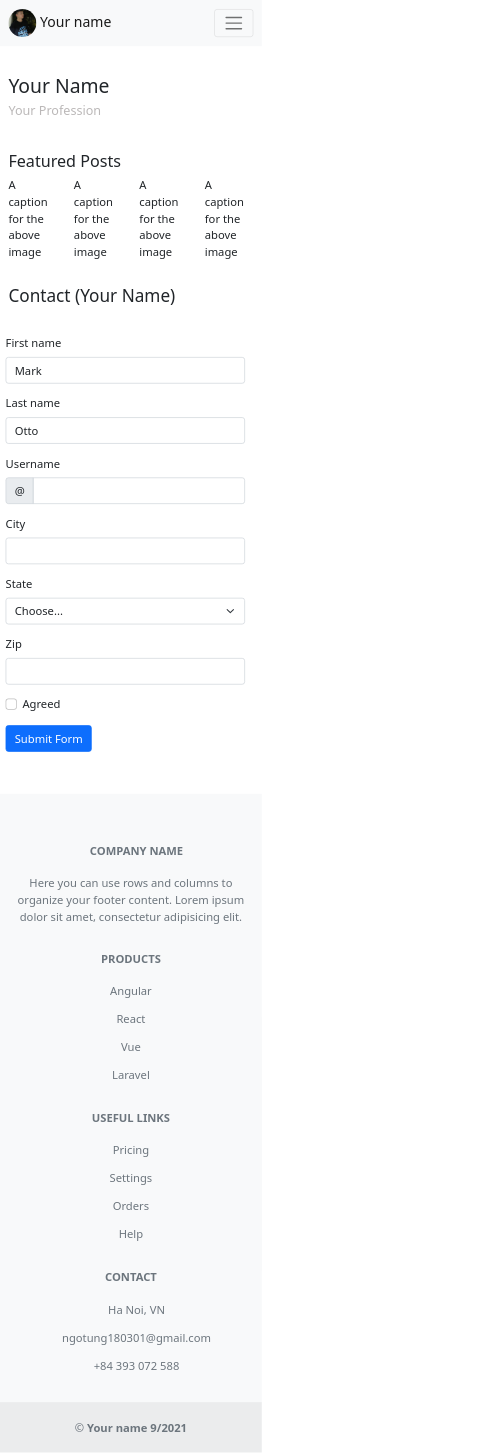
Repository: nvt01/72_1951061106_NgoVanTung
Page: BaiTh1/index.html
An editor plug-in stored every save of this project. The page is shown before and after the next save, followed by the edit.
The browser window is 374 px wide. The page is 374 px wide, then 702 px, so the pictures cover 702 px, including what lies to the right of the window. The pictures show the part of the page from y = 0 to 2240 px (the page is 2075 px tall before and 3788 px after), at 70% of full size.

Above is the page before, as saved 2021-12-01 11:10:01.

### BaiTh1/index.html
<!DOCTYPE html>
<html lang="en">
<head>
    <meta charset="UTF-8">
    <meta http-equiv="X-UA-Compatible" content="IE=edge">
    <meta name="viewport" content="width=device-width, initial-scale=1.0">
    <title>Blog</title>
    <link rel="stylesheet" href="style.css">
    <!-- CSS only -->
    <link href="https://cdn.jsdelivr.net/npm/bootstrap@5.1.3/dist/css/bootstrap.min.css" rel="stylesheet" integrity="sha384-1BmE4kWBq78iYhFldvKuhfTAU6auU8tT94WrHftjDbrCEXSU1oBoqyl2QvZ6jIW3" crossorigin="anonymous">
    <!-- JavaScript Bundle with Popper -->
    <script src="https://cdn.jsdelivr.net/npm/bootstrap@5.1.3/dist/js/bootstrap.bundle.min.js" integrity="sha384-ka7Sk0Gln4gmtz2MlQnikT1wXgYsOg+OMhuP+IlRH9sENBO0LRn5q+8nbTov4+1p" crossorigin="anonymous"></script>
</head>
<body>
    <div class="menu">
        <nav class="navbar navbar-expand-lg navbar-light bg-light">
            <div class="container-fluid">
                <a class="navbar-brand" href="#">
                    <img class="nav-img" src="./img/avatar.JPG" alt="">
                    Your name
                </a>
                <button class="navbar-toggler" type="button" data-bs-toggle="collapse" data-bs-target="#navbarSupportedContent" aria-controls="navbarSupportedContent" aria-expanded="false" aria-label="Toggle navigation">
                    <span class="navbar-toggler-icon"></span>
                </button>
                <div class=" collapse navbar-collapse" id="navbarSupportedContent">
                    <ul class="navbar-nav me-auto mb-2 mb-lg-0">
                        <li class="nav-item">
                            <a class="nav-link active" aria-current="page" href="#">Home</a>
                        </li>
                        <li class="nav-item">
                            <a class="nav-link" href="#">Featured</a>
                        </li>
                        <li class="nav-item">
                            <a class="nav-link" href="#">View Post</a>
                        </li>
                    </ul>
                </div>
            </div>
        </nav>
    </div>

    <div class="main">
        <div class="container">
            <div class="row">
                <h1 class="h1">Your Name</h1>
                <h3 class="h3">Your Profession</h3>
                <div class="col">
                    <img src="./img/img1.jpeg" alt="">
                </div>
                <div class="col content">
                    <h3>About</h3>
                    <span>Lorem ipsum dolor sit amet consectetur adipisicing elit. Odio excepturi aliquid, dolores, explicabo atque corporis cupiditate illum ullam dolore maxime numquam vero autem animi culpa error quis soluta fugit consequatur.Lorem ipsum dolor sit amet consectetur adipisicing elit. Praesentium sint ipsa, aliquid quibusdam hic adipisci maiores placeat ad nihil dicta! Nihil qui accusantium explicabo. Similique architecto dolorum perferendis odio fugit. Lorem ipsum dolor sit amet consectetur adipisicing elit. Odio excepturi aliquid, dolores, explicabo atque corporis cupiditate illum ullam dolore maxime numquam vero autem animi culpa error quis soluta fugit consequatur.Lorem ipsum dolor sit amet consectetur adipisicing elit. Praesentium sint ipsa, aliquid quibusdam hic adipisci maiores placeat ad nihil dicta! Nihil qui accusantium explicabo. Similique architecto dolorum perferendis odio fugit. lorem ipsum dolor sit amet consectetur adipis. Praesentium sint ipsa, aliquid quibusdam hic adipisci maiores placeat ad nihil dicta! Nihil qui accusantium explicabo.</span>
                </div>
            </div>
            <div class="row">
                <h3 class="h3-title">Featured Posts</h3>
                <div class="col-3 col-sm-12 col-md-6 col-xs-12 col-lg-3">
                    <img class="image" src="./img/img2.jpeg" alt="">
                    <p>A caption for the above image</p>
                </div>
                <div class="col-3 col-sm-12 col-md-6 col-xs-12 col-lg-3">
                    <img class="image" src="./img/img3.jpeg" alt="">
                    <p>A caption for the above image</p>
                </div>
                <div class="col-3 col-sm-12 col-md-6 col-xs-12 col-lg-3">
                    <img class="image" src="./img/img5.jpeg" alt="">
                    <p>A caption for the above image</p>
                </div>
                <div class="col-3 col-sm-12 col-md-6 col-xs-12 col-lg-3">
                    <img class="image" src="./img/img6.jpeg" alt="">
                    <p>A caption for the above image</p>
                </div>
            </div>
        </div>
    </div>

    <div class="title">
        <!-- <div class="row">
            <div class="col">
                <h3>Title 1</h3>
                <p class="title-text">Lorem ipsum dolor sit amet consectetur adipisicing elit. Harum nobis deleniti nostrum eveniet ducimus? Consectetur, aliquam nulla dignissimos accusantium cum ipsam doloribus debitis nobis commodi labore laudantium corporis repellat quam. lorem ipsum dolor sit amet consectetur adipis</p>
            </div>
            <div class="col">
                <h3>Title 2</h3>
                <p class="title-text">Lorem ipsum dolor sit amet consectetur adipisicing elit. Harum nobis deleniti nostrum eveniet ducimus? Consectetur, aliquam nulla dignissimos accusantium cum ipsam doloribus debitis nobis commodi labore laudantium corporis repellat quam. lorem ipsum dolor sit amet consectetur adipis</p>
            </div>
        </div> -->
        <div>
            <div id="carouselExampleControls" class="carousel slide" data-bs-ride="carousel">
                <div class="carousel-inner">
                    <div class="carousel-item active">
                        <div class="row">
                            <div class="col-md-6">
                                <div class="singer-box content">
                                    <h3>Title 1</h3>
                                    <p class="title-text">Lorem ipsum dolor sit amet consectetur adipisicing elit. Harum nobis deleniti nostrum eveniet ducimus? Consectetur, aliquam nulla dignissimos accusantium cum ipsam doloribus debitis nobis commodi labore laudantium corporis repellat quam. lorem ipsum dolor sit amet consectetur adipis</p>
                                </div>
                            </div>
                            <div class="col-md-6">
                                <div class="singer-box content">
                                    <h3>Title 2</h3>
                                    <p class="title-text">Lorem ipsum dolor sit amet consectetur adipisicing elit. Harum nobis deleniti nostrum eveniet ducimus? Consectetur, aliquam nulla dignissimos accusantium cum ipsam doloribus debitis nobis commodi labore laudantium corporis repellat quam. lorem ipsum dolor sit amet consectetur adipis</p>
                                </div>
                            </div>
                        </div>
                    </div>

                    <div class="carousel-item">
                        <div class="row">
                            <div class="col-md-6">
                                <div class="singer-box content">
                                    <h3>Title 3</h3>
                                    <p class="title-text">Lorem ipsum dolor sit amet consectetur adipisicing elit. Harum nobis deleniti nostrum eveniet ducimus? Consectetur, aliquam nulla dignissimos accusantium cum ipsam doloribus debitis nobis commodi labore laudantium corporis repellat quam. lorem ipsum dolor sit amet consectetur adipis</p>
                                </div>
                            </div>
                            <div class="col-md-6">
                                <div class="singer-box content">
                                    <h3>Title 4</h3>
                                    <p class="title-text">Lorem ipsum dolor sit amet consectetur adipisicing elit. Harum nobis deleniti nostrum eveniet ducimus? Consectetur, aliquam nulla dignissimos accusantium cum ipsam doloribus debitis nobis commodi labore laudantium corporis repellat quam. lorem ipsum dolor sit amet consectetur adipis</p>
                                </div>
                            </div>
                        </div>
                    </div>
                </div>
                <button class="carousel-control-prev" type="button" data-bs-target="#carouselExampleControls" data-bs-slide="prev">
                    <span class="carousel-control-prev-icon" aria-hidden="true"></span>
                    <span class="visually-hidden">Previous</span>
                </button>
                <button class="carousel-control-next" type="button" data-bs-target="#carouselExampleControls" data-bs-slide="next">
                    <span class="carousel-control-next-icon" aria-hidden="true"></span>
                    <span class="visually-hidden">Next</span>
                </button>
            </div>
        </div>
    </div>

    <div class="contact">
        <div class="container">
            <div class="row">
                <h2>Contact (Your Name)</h2>
                <form class="row g-3 needs-validation" novalidate>
                    <div class="col-md-4">
                        <label for="validationCustom01" class="form-label">First name</label>
                        <input type="text" class="form-control" id="validationCustom01" value="Mark" required>
                        <div class="valid-feedback">
                            Looks good!
                        </div>
                    </div>
                    <div class="col-md-4">
                        <label for="validationCustom02" class="form-label">Last name</label>
                        <input type="text" class="form-control" id="validationCustom02" value="Otto" required>
                        <div class="valid-feedback">
                            Looks good!
                        </div>
                    </div>
                    <div class="col-md-4">
                        <label for="validationCustomUsername" class="form-label">Username</label>
                        <div class="input-group has-validation">
                            <span class="input-group-text" id="inputGroupPrepend">@</span>
                            <input type="text" class="form-control" id="validationCustomUsername" aria-describedby="inputGroupPrepend" required>
                            <div class="invalid-feedback">
                            Please choose a username.
                            </div>
                        </div>
                    </div>
                    <div class="col-md-6">
                        <label for="validationCustom03" class="form-label">City</label>
                        <input type="text" class="form-control" id="validationCustom03" required>
                        <div class="invalid-feedback">
                            Please provide a valid city.
                        </div>
                    </div>
                    <div class="col-md-3">
                        <label for="validationCustom04" class="form-label">State</label>
                        <select class="form-select" id="validationCustom04" required>
                            <option selected disabled value="">Choose...</option>
                            <option>...</option>
                        </select>
                        <div class="invalid-feedback">
                            Please select a valid state.
                        </div>
                    </div>
                    <div class="col-md-3">
                        <label for="validationCustom05" class="form-label">Zip</label>
                        <input type="text" class="form-control" id="validationCustom05" required>
                        <div class="invalid-feedback">
                            Please provide a valid zip.
                        </div>
                    </div>
                    <div class="col-12">
                        <div class="form-check">
                            <input class="form-check-input" type="checkbox" value="" id="invalidCheck" required>
                            <label class="form-check-label" for="invalidCheck">
                            Agreed
                            </label>
                        <div class="invalid-feedback">
                            You must agree before submitting.
                        </div>
                    </div>
                    </div>
                    <div class="col-12">
                        <button class="btn btn-primary" type="submit">Submit Form</button>
                    </div>
                </form>
            </div>
        </div>
    </div>

    <footer class="text-center text-lg-start bg-light text-muted">
        <div>
            <a href="" class="me-4 text-reset">
            <i class="fab fa-facebook-f"></i>
            </a>
            <a href="" class="me-4 text-reset">
            <i class="fab fa-twitter"></i>
            </a>
            <a href="" class="me-4 text-reset">
            <i class="fab fa-google"></i>
            </a>
            <a href="" class="me-4 text-reset">
            <i class="fab fa-instagram"></i>
            </a>
            <a href="" class="me-4 text-reset">
            <i class="fab fa-linkedin"></i>
            </a>
            <a href="" class="me-4 text-reset">
            <i class="fab fa-github"></i>
            </a>
        </div>
        <section class="">
        <div class="container text-center text-md-start mt-5">
            <div class="row mt-3">
            <div class="col-md-3 col-lg-4 col-xl-3 mx-auto mb-4">
                <h6 class="text-uppercase fw-bold mb-4">
                <i class="fas fa-gem me-3"></i>Company name
                </h6>
                <p>
                Here you can use rows and columns to organize your footer content. Lorem ipsum
                dolor sit amet, consectetur adipisicing elit.
                </p>
            </div>
            <div class="col-md-2 col-lg-2 col-xl-2 mx-auto mb-4">
                <h6 class="text-uppercase fw-bold mb-4">
                Products
                </h6>
                <p>
                <a href="#!" class="text-reset">Angular</a>
                </p>
                <p>
                <a href="#!" class="text-reset">React</a>
                </p>
                <p>
                <a href="#!" class="text-reset">Vue</a>
                </p>
                <p>
                <a href="#!" class="text-reset">Laravel</a>
                </p>
            </div>
            <div class="col-md-3 col-lg-2 col-xl-2 mx-auto mb-4">
                <h6 class="text-uppercase fw-bold mb-4">
                Useful links
                </h6>
                <p>
                <a href="#!" class="text-reset">Pricing</a>
                </p>
                <p>
                <a href="#!" class="text-reset">Settings</a>
                </p>
                <p>
                <a href="#!" class="text-reset">Orders</a>
                </p>
                <p>
                <a href="#!" class="text-reset">Help</a>
                </p>
            </div>
            <div class="col-md-4 col-lg-3 col-xl-3 mx-auto mb-md-0 mb-4">
                <h6 class="text-uppercase fw-bold mb-4">
                Contact
                </h6>
                <p><i class="fas fa-home me-3"></i> Ha Noi, VN</p>
                <p>
                <i class="fas fa-envelope me-3"></i>
                ngotung180301@gmail.com
                </p>
                <p><i class="fas fa-phone me-3"></i>+84 393 072 588</p>
            </div>
            </div>
        </div>
        </section>
        <div class="text-center p-4" style="background-color: rgba(0, 0, 0, 0.05);">
            ©
            <a class="text-reset fw-bold" href="https://mdbootstrap.com/">Your name 9/2021</a>
        </div>
    </footer>
</body>
</html>

### BaiTh1/style.css
* {
    margin: 0;
    padding: 0;
    box-sizing: border-box;
}

:root {
    --text-color: rgb(187, 184, 184);
}

.menu {
}

.navbar {
    margin-bottom: 40px;
}

.nav-img {
    width: 40px;
    height: 40px;
    border-radius: 50%;
    object-fit: cover;
}

.content {
    text-align: justify;
}

.container-fluid .navbar-collapse {
    flex-grow: 0;
}

.container .h1 {
    font-weight: 400;
}

.container .h3 {
    padding-bottom: 10px;
    color: var(--text-color);
    font-size: 18px;
}

.image {
    border-radius: 5px;
    margin-bottom: 10px;
    width: 300px;
    height: 200px;
    object-fit: cover;
}

.h3-title {
    padding-top: 30px;
}

.singer-box {
    padding: 40px 20px;
}

.contact {
    margin: 20px 0 60px;
}

.text-center a {
    text-decoration: none;
    color: var(--text-color);
}

@media screen and (min-width: 1024px) {
    .container img {
        width: 100%;
    }
}

@media screen and (min-width: 768px) {
    .image {
        width: 100%;
        height: 200px;
    }
    .content h3{
        padding-top: 20px;
    }
}

@media screen and (max-width: 374px) {
    .container img{
        display: none;
    }
    .content {
        display: none;
    }
    .image {
        width: 20px;
        height: 20px;
    }
}

After the next save:
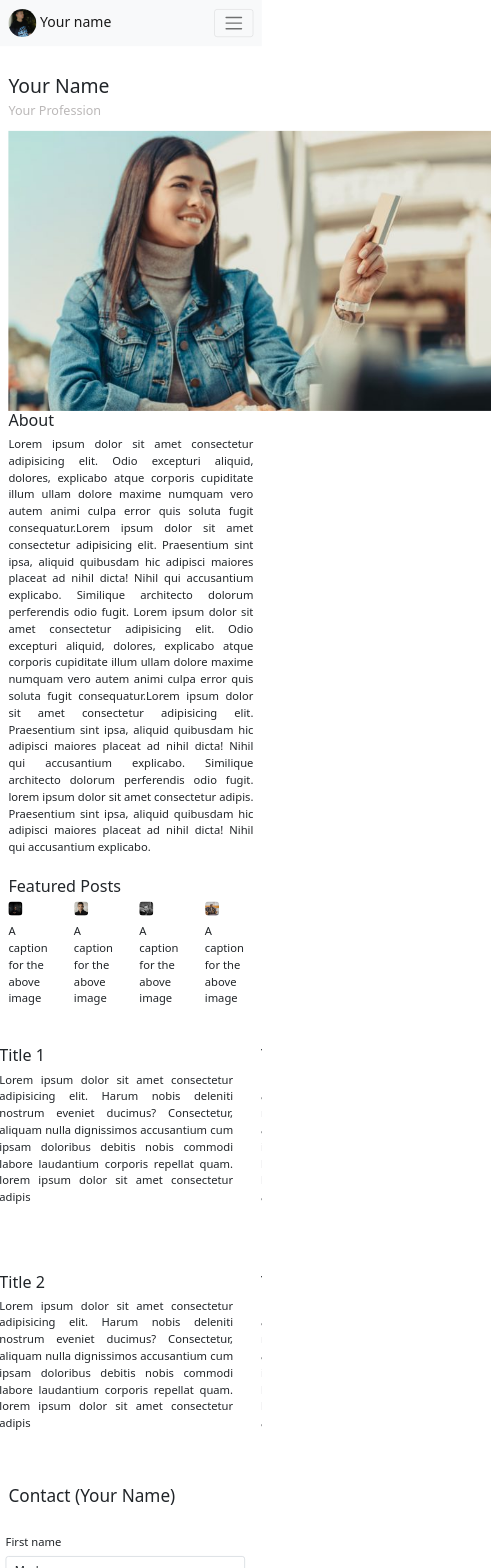
Saved 13 s later.
--- a/BaiTh1/style.css
+++ b/BaiTh1/style.css
@@ -82,12 +82,6 @@
 }
 
 @media screen and (max-width: 374px) {
-    .container img{
-        display: none;
-    }
-    .content {
-        display: none;
-    }
     .image {
         width: 20px;
         height: 20px;
